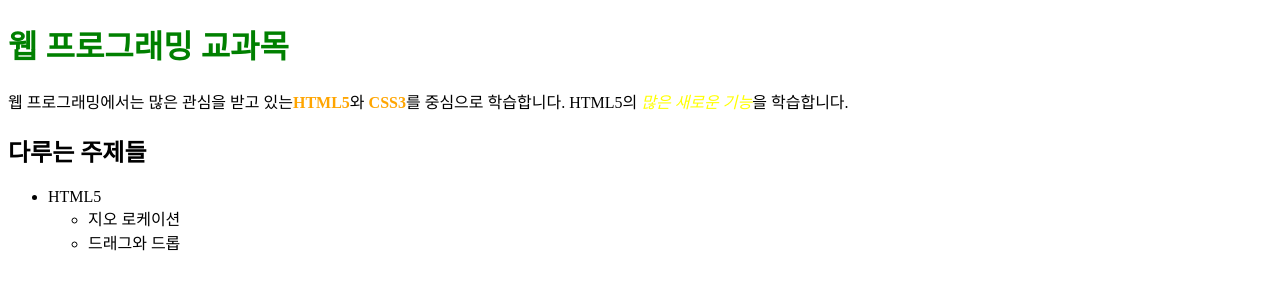
Repository: daehyeonhong/HTML
Page: exercise/WebContent/exercise0519/exercise011.html
An editor plug-in stored every save of this project. The page is shown before and after the next save, followed by the edit.
The browser window is 1280 px wide. The pictures show the whole page.

Above is the page before, as saved 2020-05-19 10:24:36.

After the next save:
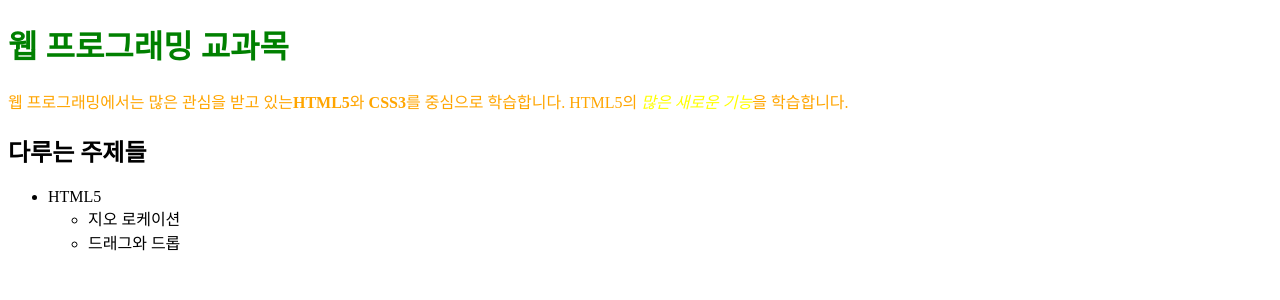
Saved 5 s later.
--- a/exercise/WebContent/exercise0519/exercise011.html
+++ b/exercise/WebContent/exercise0519/exercise011.html
@@ -8,7 +8,7 @@
 	color: green;
 }
 
-p strong {
+p,strong {
 	color: orange;
 }
 p>em {

After the save that followed:
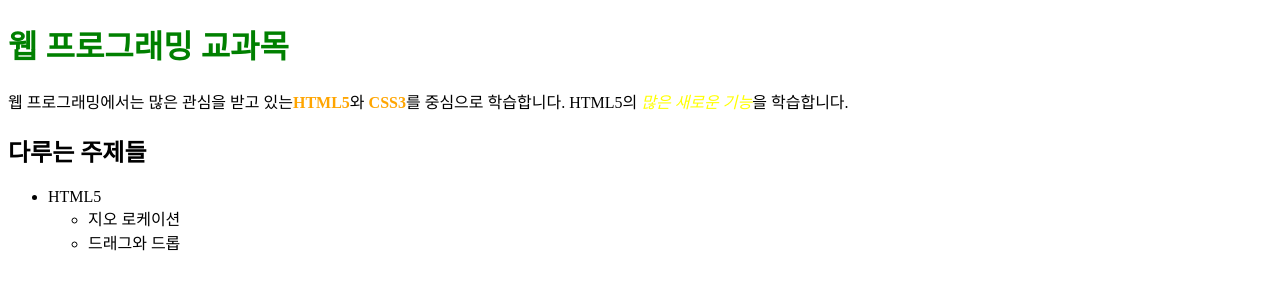
Saved 5 s later.
--- a/exercise/WebContent/exercise0519/exercise011.html
+++ b/exercise/WebContent/exercise0519/exercise011.html
@@ -8,7 +8,7 @@
 	color: green;
 }
 
-p,strong {
+p>strong {
 	color: orange;
 }
 p>em {
